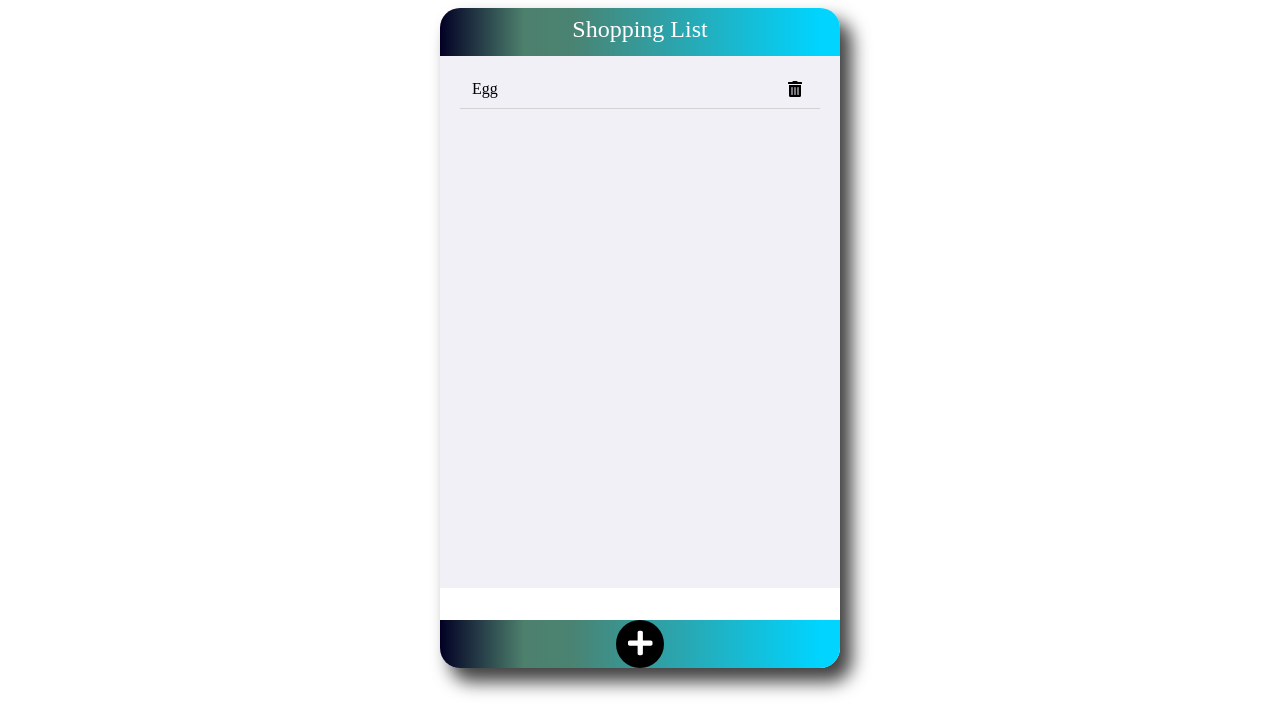
Repository: woojinShim/Browser-Study
Page: shopping/index.html
The author's editor kept a copy of each file at every save. The page is drawn from the files as they stood at one save, then again after the next save.
The browser window is 1280 px wide. The pictures show the whole page.
Empty fields were first filled with sample values (such as "Sample", 5 or name@example.com).
After loading, the first visible `button.footer__button` was clicked once.

Above is the page before, as saved 2022-02-06 21:43:51.

After the next save:
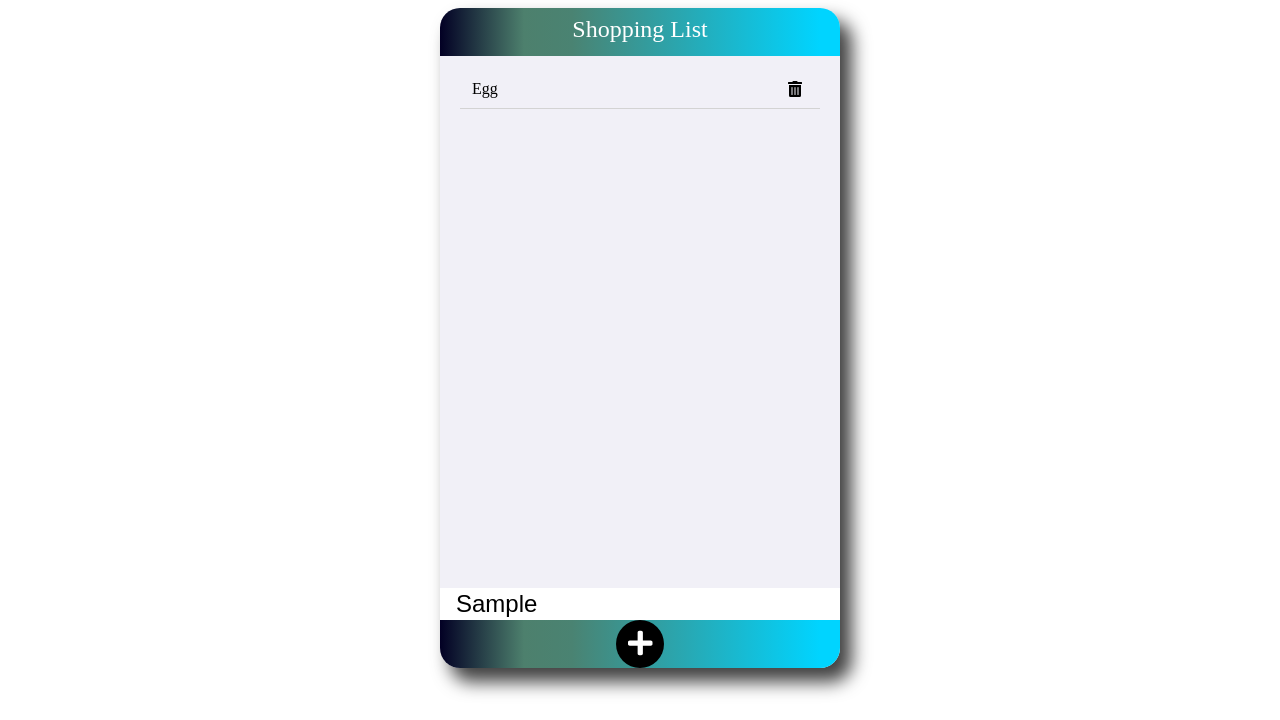
Console error: TypeError: Failed to execute 'appendChild' on 'Node': parameter 1 is not of type 'Node'.
Saved 3 min 28 s later.
--- a/shopping/main.js
+++ b/shopping/main.js
@@ -7,14 +7,17 @@ function onAdd() {
     const text = input.value;
     console.log(text);
     // 2. 새로운 아이템을 만듬 (텍스트 + 삭제 버튼)
-    //const item = createItem();
+    const item = createItem();
     // 3. items 컨테이너 안에 새로 만든 아이템을 추가한다.
-    //items.appendChild(item);
+    items.appendChild(item);
     // 4. 인풋을 초기화 한다.
     input.value = '';
     input.focus();
 }
 
+function createItem() {
+    const itemRow = document.createElement('li');
+}
 addBtn.addEventListener('click', () => {
     onAdd();
 })
